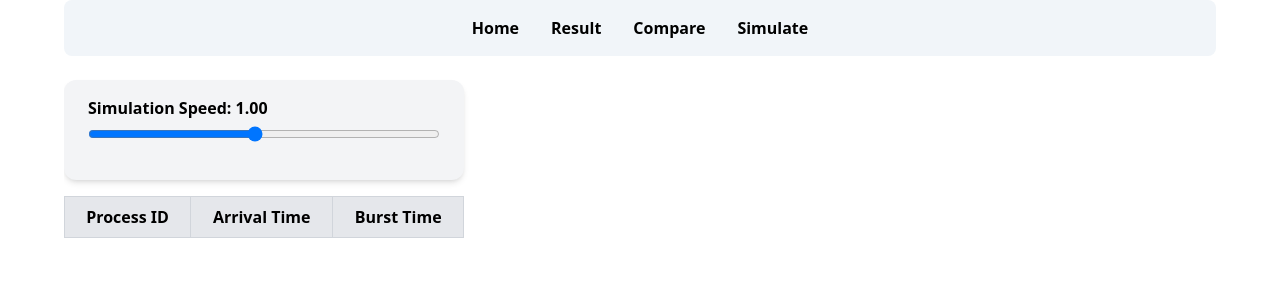
Repository: ujjwalkathait/Process_Scheduler
Page: /simulate
These files come from the project's save history. The page is drawn as it stood at one moment and after the next save; the edit follows.
The browser window is 1280 px wide. The pictures show the whole page.
The project was rebuilt for these pictures with package versions that can differ from the ones it lists, and the page was loaded fresh each time. Also part of the build but not shown: vite.config.js, src/components/CompareAlgorithmsChart.jsx, src/components/GanttChart.jsx, src/components/GanttChartTable.jsx, src/helpers/ComputeStatistics.js, src/algorithms/FCFS.js, src/algorithms/SJF.js, src/algorithms/Priority.js and 15 more.

Above is the page before, as saved 2025-05-16 09:31:38.

### index.html
<!doctype html>
<html lang="en">
  <head>
    <meta charset="UTF-8" />
    <link rel="icon" type="image/svg+xml" href="./src/assets/scheduling_favicon.jpeg" />
    <meta name="viewport" content="width=device-width, initial-scale=1.0" />
    <title>CPU Scheduling Algorithms Visualization</title>
  </head>
  <body>
    <div id="root"></div>
    <script type="module" src="/src/main.jsx"></script>
  </body>
</html>

### src/main.jsx
import ReactDOM from 'react-dom/client';
import { BrowserRouter } from 'react-router-dom';
import App from './App';
import React from 'react';
import './index.css';

ReactDOM.createRoot(document.getElementById('root')).render(
  <React.StrictMode>
    <App />
  </React.StrictMode>,
)

### src/App.jsx
import React, { useState } from 'react';
import { ToastContainer } from 'react-toastify';
import 'react-toastify/dist/ReactToastify.css';
import Compare from './pages/Compare';
import Home from './pages/Home';
import Result from './pages/Result';
import { Link, Route, BrowserRouter as Router, Routes } from 'react-router-dom';
import { ProcessProvider } from './context/ProcessContext';
import Simulate from './pages/Simulate';

function App() {

  return (
    <ProcessProvider>
      <Router>
        <div className="overflow-x-hidden mx-[5%] mb-[1rem]">
          <nav className="flex justify-center gap-8 p-4 bg-slate-100 rounded-lg">
            <Link to="/" className="font-semibold hover:underline">Home</Link>
            <Link to="/result" className="font-semibold hover:underline">Result</Link>
            <Link to="/compare" className="font-semibold hover:underline">Compare</Link>
            <Link to="/simulate" className="font-semibold hover:underline">Simulate</Link>
          </nav>
          <ToastContainer />
          <Routes>
            <Route path="/" element={<Home />} />
            <Route path="/result" element={<Result />} />
            <Route path="/compare" element={<Compare />} />
            <Route path="/simulate" element={<Simulate />} />

          </Routes>
        </div>
      </Router>
    </ProcessProvider>
  );
}

export default App

### src/index.css
@tailwind base;
@tailwind components;
@tailwind utilities;

input[type="number"] {
  @apply border border-gray-300 rounded-md;
  width: 100%;
  text-align: center;
  font-size: 1.1rem;
}

input[type="radio"] {
  @apply border border-gray-300 rounded-md;
  text-align: center;
  width: 30px;
  margin-top: 0.7rem;
}

.simulate {
  /* background: rgb(49,151,168); */
  letter-spacing: 0.15rem;
  font-weight: 900;
  font-size: 1rem;
}

.reset {
  letter-spacing: 0.08rem;
}

### src/context/ProcessContext.jsx
import React, { createContext, useState } from 'react';

export const ProcessContext = createContext();

export const ProcessProvider = ({ children }) => {
  const [arrivalTime, setArrivalTime] = useState();
  const [burstTime, setBurstTime] = useState();
  const [processId, setProcessID] = useState(1);
  const [processes, setProcesses] = useState([]);
  const [newProcesses, setUpdatedProcesses] = useState([]);
  const [updatedProcesses, setAnotherUpdatedProcesses] = useState([]);
  const [selectedAlgorithm, setSelectedAlgorithm] = useState(0);
  const [priority, setPriority] = useState();
  const [executed, setExecuted] = useState(false);
  const [statisticsData, setStatisticsData] = useState([]);

  const value = {
    arrivalTime,
    burstTime,
    processId,
    processes,
    newProcesses,
    updatedProcesses,
    selectedAlgorithm,
    priority,
    executed,
    statisticsData,
    setArrivalTime,
    setBurstTime,
    setProcessID,
    setProcesses,
    setUpdatedProcesses,
    setAnotherUpdatedProcesses,
    setSelectedAlgorithm,
    setPriority,
    setExecuted,
    setStatisticsData
  };

  return (
    <ProcessContext.Provider value={value}>
      {children}
    </ProcessContext.Provider>
  );
};

### src/pages/Simulate.jsx
import React, { useContext, useState } from 'react';
import { ProcessContext } from '../context/ProcessContext';
import InputTable from '../components/InputTable';
import SimulationControls from '../components/SimulationControls';

export default function Simulate() {
  const {
      processes,
      selectedAlgorithm,
    } = useContext(ProcessContext);
  const [simulationSpeed, setSimulationSpeed] = useState(1.0);
  const [timeQuantum, setTimeQuantum] = useState();

  const handleSimulate = () => { /* start simulation logic */ };
  const handlePause = () => { /* pause simulation logic */ };
  const handleForward = () => { /* forward step logic */ };
  const handleBack = () => { /* backward step logic */ };
  const handleExit = () => { /* cleanup / reset logic */ };

  return (
    <div className="w-full bg-white my-6 flex flex-row gap-10">
      <div className="space-y-4 col-span-1">
        <SimulationControls
          simulationSpeed={simulationSpeed}
          setSimulationSpeed={setSimulationSpeed}
          timeQuantum={timeQuantum}
          setTimeQuantum={setTimeQuantum}
          selectedAlgorithm={selectedAlgorithm}
        />
        <InputTable
          processes={processes}
          selectedAlgorithm={selectedAlgorithm}
        />
        {/* <ReadyQueue /> */}
        {/* <div className="space-y-2">
          <CPUStatus status="Idle" algorithm={selectedAlgorithm} />
          <StatsPanel stats={statisticsData} />
        </div> */}
      </div>

      {/* Right Panel */}
      {/* <div className="col-span-2 space-y-4">
        <NavigationButtons />
        <ProcessList />
        <GanttChart />
      </div> */}
    </div>
  );
}

### src/components/InputTable.jsx
import React from 'react'

const InputTable = ({selectedAlgorithm , processes}) => {
    let usesPriority = (selectedAlgorithm === 3 || selectedAlgorithm === 4 || selectedAlgorithm === 7);
  return (
    <table className="w-full border-collapse border border-gray-300 text-center">
        <thead>
            <tr className="bg-gray-200">
            <th className="border border-gray-300 px-4 py-2">Process ID</th>
            <th className="border border-gray-300 px-4 py-2">Arrival Time</th>
            <th className="border border-gray-300 px-4 py-2">Burst Time</th>
            {usesPriority && (
                <th className="border border-gray-300 px-4 py-2">Priority</th>
            )}
            </tr>
        </thead>
        <tbody>
            {processes.map((process, index) => (
                <tr key={process.processId} className="bg-white">
                    <td className="border border-gray-300 px-4 py-2">P{index+1}</td>
                    <td className="border border-gray-300 px-4 py-2">{process.arrivalTime}</td>
                    <td className="border border-gray-300 px-4 py-2">{process.burstTime}</td>
                    {usesPriority && (
                    <td className="border border-gray-300 px-4 py-2">{process.priority}</td>
                    )}
                </tr>
            ))}
        </tbody>
    </table>
  )
}

export default InputTable

### src/components/SimulationControls.jsx
import React, { useState } from 'react';

const SimulateControls = ({
  simulationSpeed,
  setSimulationSpeed,
  timeQuantum,
  setTimeQuantum,
    selectedAlgorithm,
//   onSimulate,
//   onPause,
//   onForward,
//   onBack,
//   onExit,
}) => {
    let usesPriority = (selectedAlgorithm === 6 || selectedAlgorithm === 7);
  return (
    <div className="bg-gray-100 w-[400px] px-6 py-4 rounded-xl shadow-md">

      {/* Simulation Speed Slider */}
      <div className="mb-4">
        <label className="block font-semibold mb-1">Simulation Speed: {simulationSpeed.toFixed(2)}</label>
        <input
          type="range"
          min="0.1"
          max="2.0"
          step="0.01"
          value={simulationSpeed}
          onChange={(e) => setSimulationSpeed(parseFloat(e.target.value))}
          className="w-full"
        />
      </div>

      {/* Quantum Time Input */}
      {usesPriority && (
        <div className="mb-4">
            <label className="block font-semibold mb-1">Quantum Time:</label>
            <input
            type="number"
            min="1"
            value={timeQuantum}
            onChange={(e) => setTimeQuantum(Number(e.target.value))}
            className="w-full p-2 border rounded"
            />
        </div>
      )}

      {/* Buttons */}
      {/* <div className="grid grid-cols-3 gap-4 mt-4">
        <button onClick={onPause} className="bg-yellow-600 hover:bg-yellow-700 text-white font-bold py-2 rounded">
          Pause
        </button>
        <button onClick={onBack} className="bg-gray-500 hover:bg-gray-600 text-white font-bold py-2 rounded">
          Back
        </button>
        <button onClick={onSimulate} className="bg-green-600 hover:bg-green-700 text-white font-bold py-2 rounded">
          Simulate
        </button>
        <button onClick={onForward} className="bg-blue-600 hover:bg-blue-700 text-white font-bold py-2 rounded">
          Forward
        </button>
        <button onClick={onExit} className="bg-red-600 hover:bg-red-700 text-white font-bold py-2 rounded col-span-2">
          Exit
        </button>
      </div> */}
    </div>
  );
};

export default SimulateControls;

Loaded but not shown: tailwind.config.js (common file)

After the next save:
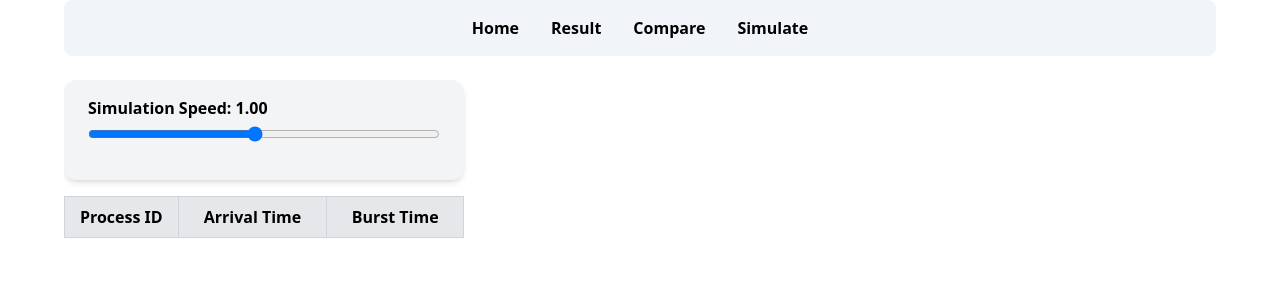
Saved 106 s later.
--- a/src/components/InputTable.jsx
+++ b/src/components/InputTable.jsx
@@ -6,7 +6,7 @@ const InputTable = ({selectedAlgorithm , processes}) => {
     <table className="w-full border-collapse border border-gray-300 text-center">
         <thead>
             <tr className="bg-gray-200">
-            <th className="border border-gray-300 px-4 py-2">Process ID</th>
+            <th className="border border-gray-300 px-2 py-2">Process ID</th>
             <th className="border border-gray-300 px-4 py-2">Arrival Time</th>
             <th className="border border-gray-300 px-4 py-2">Burst Time</th>
             {usesPriority && (
